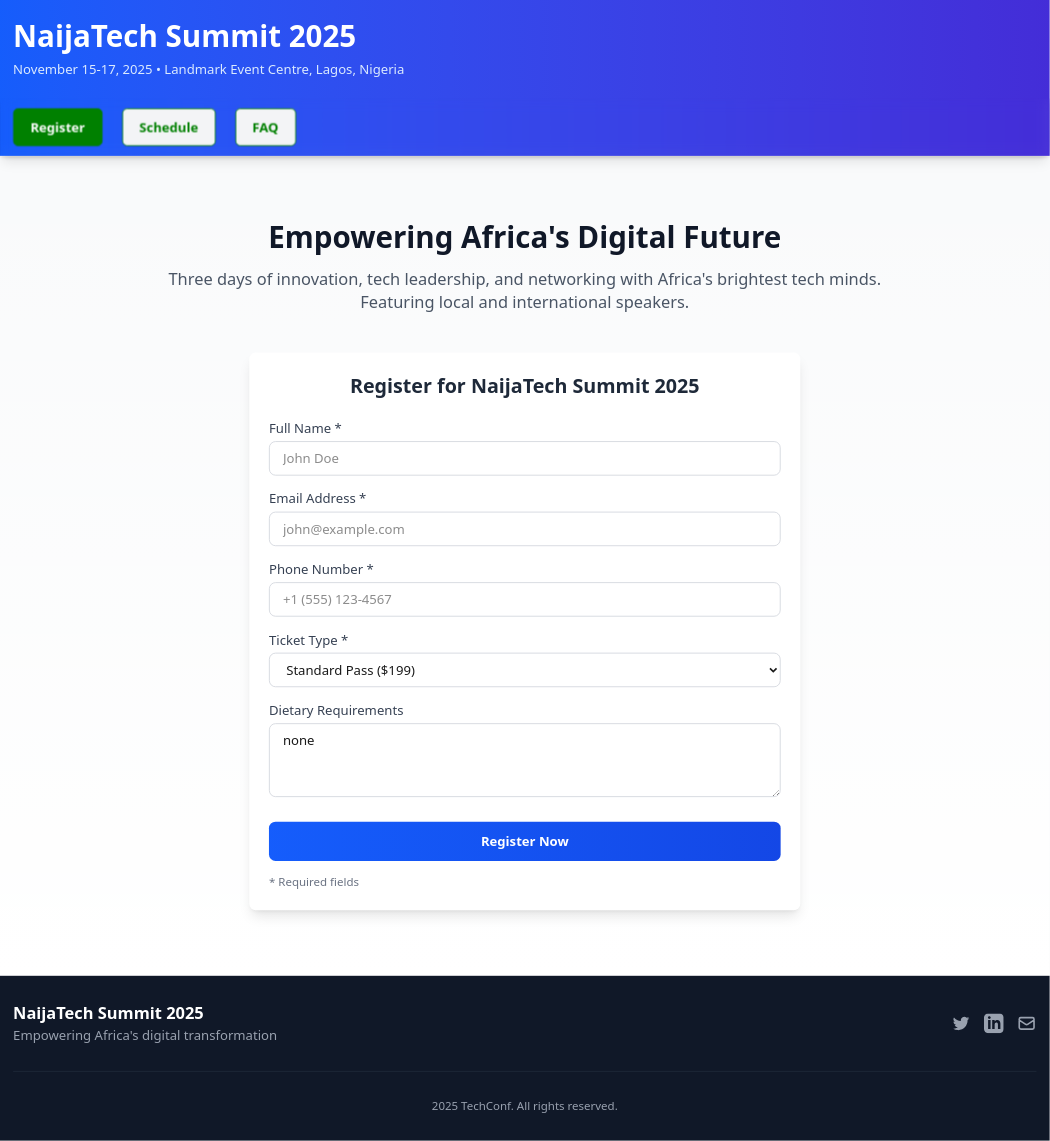
Repository: AYANO-EMMANUEL/fictional-tech-conf-event
Page: /
The author's editor kept a copy of each file at every save. The page is drawn from the files as they stood at one save, then again after the next save.
The browser window is 1280 px wide. The pictures show the whole page, at 82% of full size.
The project was rebuilt for these pictures with package versions that can differ from the ones it lists, and the page was loaded fresh each time. Also part of the build but not shown: vite.config.ts, src/components/Schedule/Schedule.tsx, src/components/FAQ/FAQ.tsx.

Above is the page before, as saved 2025-08-02 11:05:15.

After the next save:
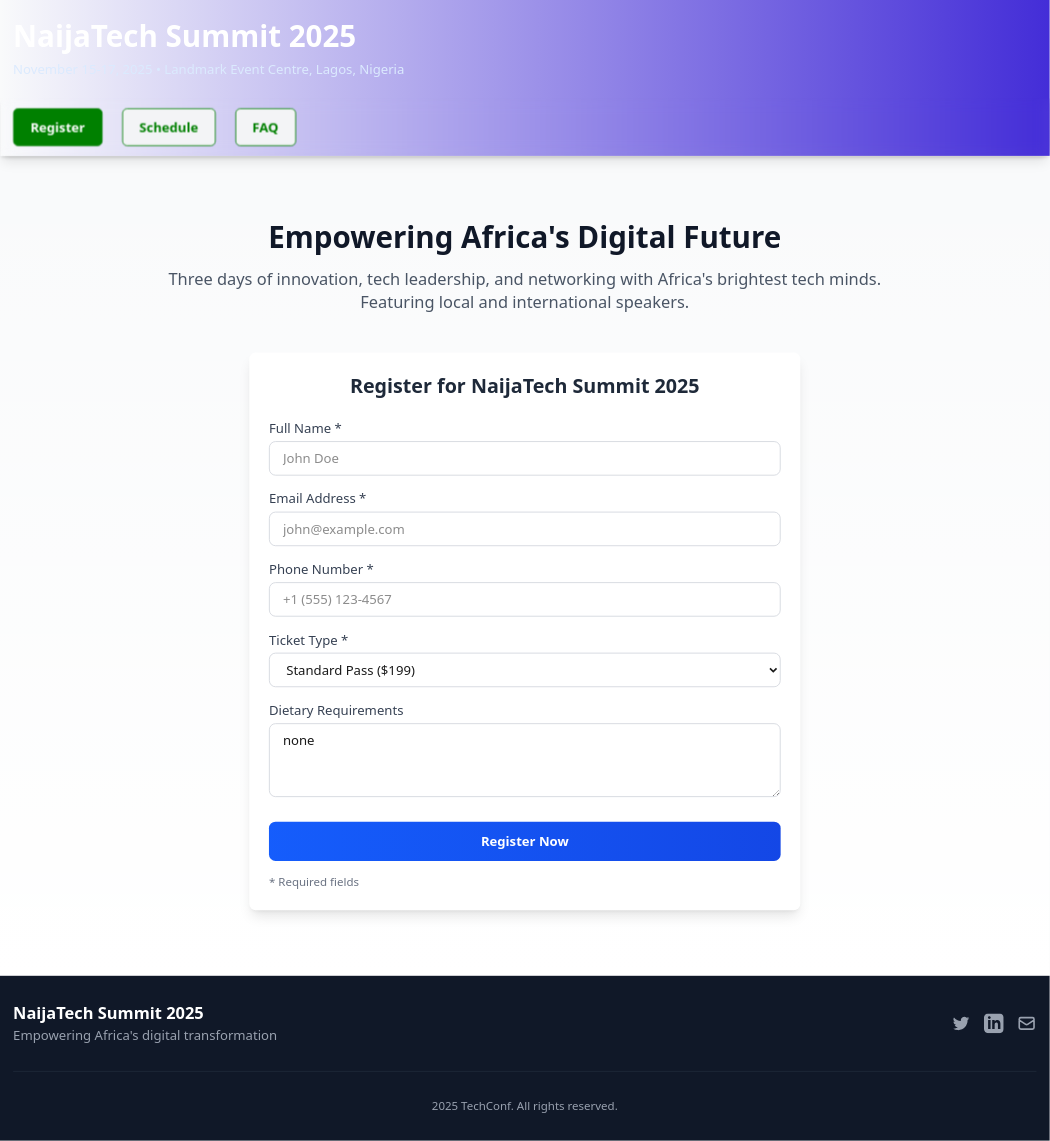
Saved 39 s later.
--- a/src/App.tsx
+++ b/src/App.tsx
@@ -9,7 +9,7 @@ function App() {
   return (
     <div className="min-h-screen bg-gray-50">
       {/* Header */}
-      <header className="bg-gradient-to-r from-blue-600 to-indigo-700 text-white shadow-lg">
+      <header className="bg-gradient-to-r from-[green-400] to-indigo-700 text-white shadow-lg">
         <div className="container mx-auto px-4 py-6">
           <h1 className="text-3xl md:text-4xl font-bold mb-2">NaijaTech Summit 2025</h1>
           <p className="text-blue-100">November 15-17, 2025 • Landmark Event Centre, Lagos, Nigeria</p>
